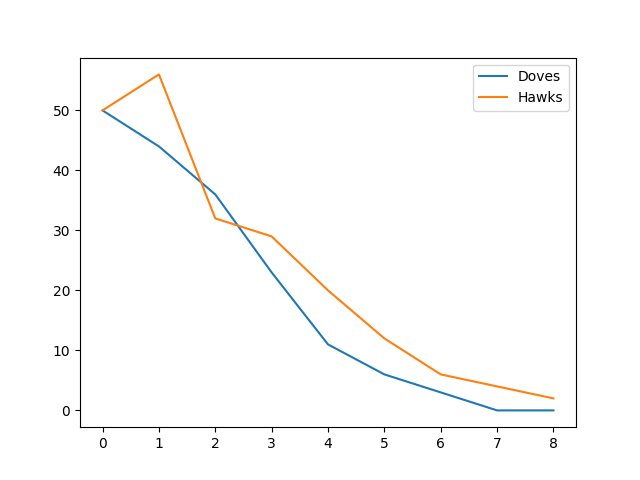
Repository: PatLaCisay/python-hawkdove-master
Script's output: python hawkdove.py
These files come from the project's save history. The script's output is drawn as it stood at one moment and after the next save; the edit follows.
Random numbers start from a fixed seed.

Above is the script's output before, as saved 2023-03-07 15:21:54.

### hawkdove.py
#!/usr/bin/python
from random import choice, randint
from time import perf_counter
from pylab import plot, show, legend

STARTING_DOVES = 50
STARTING_HAWKS = 50
STARTING_POPULATION = STARTING_HAWKS + STARTING_DOVES

ROUNDS = 50
STARTING_ENERGY = 100

#Modify these variables to get different results
#######
MIN_FOOD_PER_ROUND = 40
MAX_FOOD_PER_ROUND = 70

ENERGY_REQUIRED_FOR_REPRODUCTION = 40
ENERGY_LOSS_FROM_FIGHTING = 500
ENERGY = 5
#######

"""
ECO equilibrium (two species cohexist and reproduce)

MIN_FOOD_PER_ROUND = 40
MAX_FOOD_PER_ROUND = 70

ENERGY_REQUIRED_FOR_REPRODUCTION = 40
ENERGY_LOSS_FROM_FIGHTING = 50
ENERGY = 0

Doves supremacy (Hawks dies)

MIN_FOOD_PER_ROUND = 40
MAX_FOOD_PER_ROUND = 70

ENERGY_REQUIRED_FOR_REPRODUCTION = 40
ENERGY_LOSS_FROM_FIGHTING = 500
ENERGY = 5

Hawks supremacy
lign 231 -> increase the matting ratio

Starving (All dying (not enough food))

MIN_FOOD_PER_ROUND = 30
MAX_FOOD_PER_ROUND = 70

ENERGY_REQUIRED_FOR_REPRODUCTION = 60
ENERGY_LOSS_FROM_FIGHTING = 50
ENERGY = 5

"""

ENERGY_REQUIRED_FOR_LIVING = 10

STATUS_ACTIVE = "active"
STATUS_ASLEEP = "asleep"

TYPE_HAWK = "hawk"
TYPE_DOVE = "dove"

agents = []

# Graph stuff
graph_hawk_points = []
graph_dove_points = []

# Profiling


class Agent:
	id = 0
	agent_type = None
	status = STATUS_ACTIVE
	energy = STARTING_ENERGY


def main():
	init()
	current_round = 1
	death_count = 0
	dead_hawks  = 0
	dead_doves  = 0
	breed_count = 0
	main_tic = perf_counter()

	while current_round <= ROUNDS and len(agents) > 2 :
		if(getAgentCountByType(TYPE_DOVE)+getAgentCountByType(TYPE_HAWK)>=20000):
				break

		tic = perf_counter()
		awakenAgents()

		food = getFood()
		if (current_round==1) :
			round_dead_hawks=0
			round_dead_doves=0
			round_hawk_babies=0
			round_dove_babies=0
		else:
			# This could be optimized further by creating a list every time
			# that only has active agents, so it isn't iterating over entire list every time
			while True:
				agent, nemesis = getRandomAgents()
				if agent is None or nemesis is None:
					break
				compete(agent, nemesis, food)


			round_dead_hawks, round_dead_doves = cull()
			death_count += (round_dead_hawks + round_dead_doves)

		toc = perf_counter()

		print("ROUND %d" % current_round)
		print("Food produced          : %d" % food)
		print("Population             : Hawks-> %d, Doves-> %d" % (getAgentCountByType(TYPE_HAWK), getAgentCountByType(TYPE_DOVE)))
		print("Dead hawks             : %d" % round_dead_hawks)
		print("Dead doves             : %d" % round_dead_doves)
		print("Hawk babies            : %s" % round_hawk_babies)
		print("Dove babies            : %s" % round_dove_babies)
		print("Hawks                  : %s" % getPercByType(TYPE_HAWK))
		print("Doves                  : %s" % getPercByType(TYPE_DOVE))
		print("----")
		print("Round Processing time  : %s" % getTimeFormatted(toc - tic))
		print("Elapsed time           : %s\n" % getTimeFormatted(perf_counter() - main_tic))

		# Plot
		graph_hawk_points.append(getAgentCountByType(TYPE_HAWK))
		graph_dove_points.append(getAgentCountByType(TYPE_DOVE))

		current_round += 1


	main_toc = perf_counter()

	print("=============================================================")
	print("Total dead agents      : %d" % death_count)
	print("Total breeding agents  : %d" % breed_count)
	print("Total rounds completed : %d" % (current_round - 1))
	print("Total population size  : %s" % len(agents))
	print("Hawks                  : %s" % getPercByType(TYPE_HAWK))
	print("Doves                  : %s" % getPercByType(TYPE_DOVE))
	print("Processing time        : %s" % getTimeFormatted(main_toc - main_tic))
	print("=============================================================")


def init():

	for x in range(0,STARTING_DOVES):
		a = Agent()
		a.agent_type = TYPE_DOVE
		agents.append(a)

	for x2 in range(0,STARTING_HAWKS):
		a2 = Agent()
		a2.agent_type = TYPE_HAWK
		agents.append(a2)


def getAvgFromList(list):
	return float( sum(list) / len(list) )


def getTimeFormatted(seconds):
	m, s = divmod(seconds, 60)
	return "%02d:%02d" % (m, s)


def getFood():
	return randint(MIN_FOOD_PER_ROUND, MAX_FOOD_PER_ROUND)


def getPercByType(agent_type):
	perc = float(getAgentCountByType(agent_type)) / float(len(agents))
	return '{percent:.2%}'.format(percent=perc)


def getAliveAgentsCount():
	return getAgentCountByStatus(STATUS_ACTIVE) + getAgentCountByStatus(STATUS_ASLEEP)


def getRandomAgents():
	nemesis = None
	active_agents = list(generateAgentsByStatus(STATUS_ACTIVE))
	if len(active_agents) < 2:
		return None, None
	max_index = len(active_agents) - 1
	agent = active_agents[ randint(0, max_index) ]
	while nemesis is None:
		n = active_agents[ randint(0, max_index) ]
		if n is not agent:
			nemesis = n

	return agent, nemesis


def awakenAgents():
	for agent in agents:
		agent.status = STATUS_ACTIVE


def generateAgentsByType(agent_type):
	for agent in agents:
		if agent.agent_type == agent_type:
			yield agent


def generateAgentsByStatus(status):
	for agent in agents:
		if agent.status == status:
			yield agent


def getEnergyFromFood(food):
	return food # 1 to 1


def getAgentCountByStatus(status):
	count = len( list(generateAgentsByStatus(status)) )
	return count


def getAgentCountByType(agent_type):
	return len( list(generateAgentsByType(agent_type)) )


def compete(agent, nemesis, food):
	winner = choice([agent, nemesis])
	loser = agent if (winner is nemesis) else nemesis
	if agent.agent_type == TYPE_HAWK and nemesis.agent_type == TYPE_HAWK:
		if (getAgentCountByType(TYPE_HAWK)/(getAgentCountByType(TYPE_HAWK)+getAgentCountByType(TYPE_DOVE))) > 0.5:
			winner.energy += getEnergyFromFood(food) - ENERGY_LOSS_FROM_FIGHTING
			loser.energy  -= ENERGY_LOSS_FROM_FIGHTING
		else :
			winner.energy -= ENERGY
			loser.energy -= ENERGY
			breed(winner)

	if agent.agent_type == TYPE_HAWK and nemesis.agent_type == TYPE_DOVE:
		agent.energy += getEnergyFromFood(food) - ENERGY
		nemesis.energy -= ENERGY_LOSS_FROM_FIGHTING

	if agent.agent_type == TYPE_DOVE and nemesis.agent_type == TYPE_HAWK:
		nemesis.energy += getEnergyFromFood(food) - ENERGY
		agent.energy -= ENERGY_LOSS_FROM_FIGHTING

	if agent.agent_type == TYPE_DOVE and nemesis.agent_type == TYPE_DOVE:
		agent.energy += getEnergyFromFood(food)/2 - ENERGY
		nemesis.energy += getEnergyFromFood(food)/2 - ENERGY
		breed(winner)

	nemesis.status = agent.status = STATUS_ASLEEP


def getNewAgent(agent_type, starting_energy=STARTING_ENERGY, status=STATUS_ASLEEP):
	agent = Agent()
	agent.agent_type = agent_type
	agent.status = status
	agent.energy = starting_energy
	return agent


def breed(agent):
		if agent.energy > ENERGY_REQUIRED_FOR_REPRODUCTION:
			agent.energy /= 2

			if agent.agent_type == TYPE_DOVE:
				baby_agent = getNewAgent(agent.agent_type, (agent.energy/2))
				agents.append(baby_agent)

			if (agent.agent_type == TYPE_HAWK):
				baby_agent = getNewAgent(agent.agent_type, (agent.energy/2))
				agents.append(baby_agent)



"""
def count_breeds():

	hawk_babies = 0
	dove_babies = 0
	for agent in agents:
		if agent.energy > ENERGY_REQUIRED_FOR_REPRODUCTION:
			baby_agent_a = getNewAgent(agent.agent_type, (agent.energy/2))
			baby_agent_b = getNewAgent(agent.agent_type, (agent.energy/2))

			agents.append(baby_agent_b)
			agents.append(baby_agent_a)

			agent.energy /= 2

			if agent.agent_type == TYPE_DOVE: dove_babies += 4
			if (agent.agent_type == TYPE_HAWK):

				if randint(0,100)==1 :
					hawk_babies += 1


	return hawk_babies, dove_babies
"""
def cull():

	dead_hawks = 0
	dead_doves = 0
	for index, agent in enumerate(agents):
		if agent.energy < ENERGY_REQUIRED_FOR_LIVING:
			if agent.agent_type == TYPE_DOVE: dead_doves += 1
			if agent.agent_type == TYPE_HAWK: dead_hawks += 1
			del agents[index]


	return dead_hawks, dead_doves


main()
plot(graph_dove_points, label="Doves")
plot(graph_hawk_points, label="Hawks")
legend()

show()

After the next save:
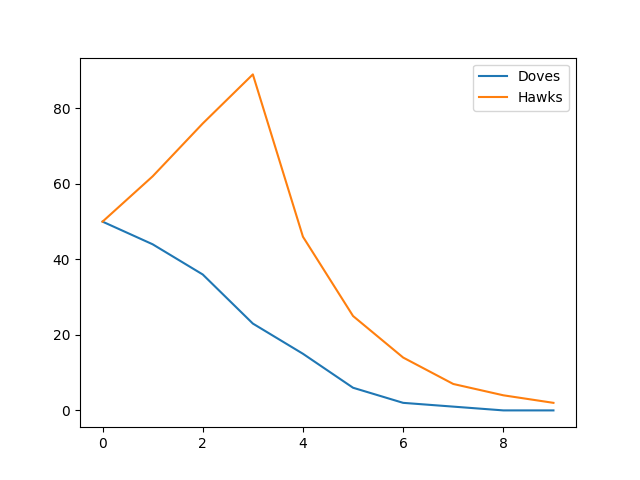
Saved 16 s later.
--- a/hawkdove.py
+++ b/hawkdove.py
@@ -231,7 +231,7 @@ def compete(agent, nemesis, food):
 	winner = choice([agent, nemesis])
 	loser = agent if (winner is nemesis) else nemesis
 	if agent.agent_type == TYPE_HAWK and nemesis.agent_type == TYPE_HAWK:
-		if (getAgentCountByType(TYPE_HAWK)/(getAgentCountByType(TYPE_HAWK)+getAgentCountByType(TYPE_DOVE))) > 0.5:
+		if (getAgentCountByType(TYPE_HAWK)/(getAgentCountByType(TYPE_HAWK)+getAgentCountByType(TYPE_DOVE))) > 0.7:
 			winner.energy += getEnergyFromFood(food) - ENERGY_LOSS_FROM_FIGHTING
 			loser.energy  -= ENERGY_LOSS_FROM_FIGHTING
 		else :
